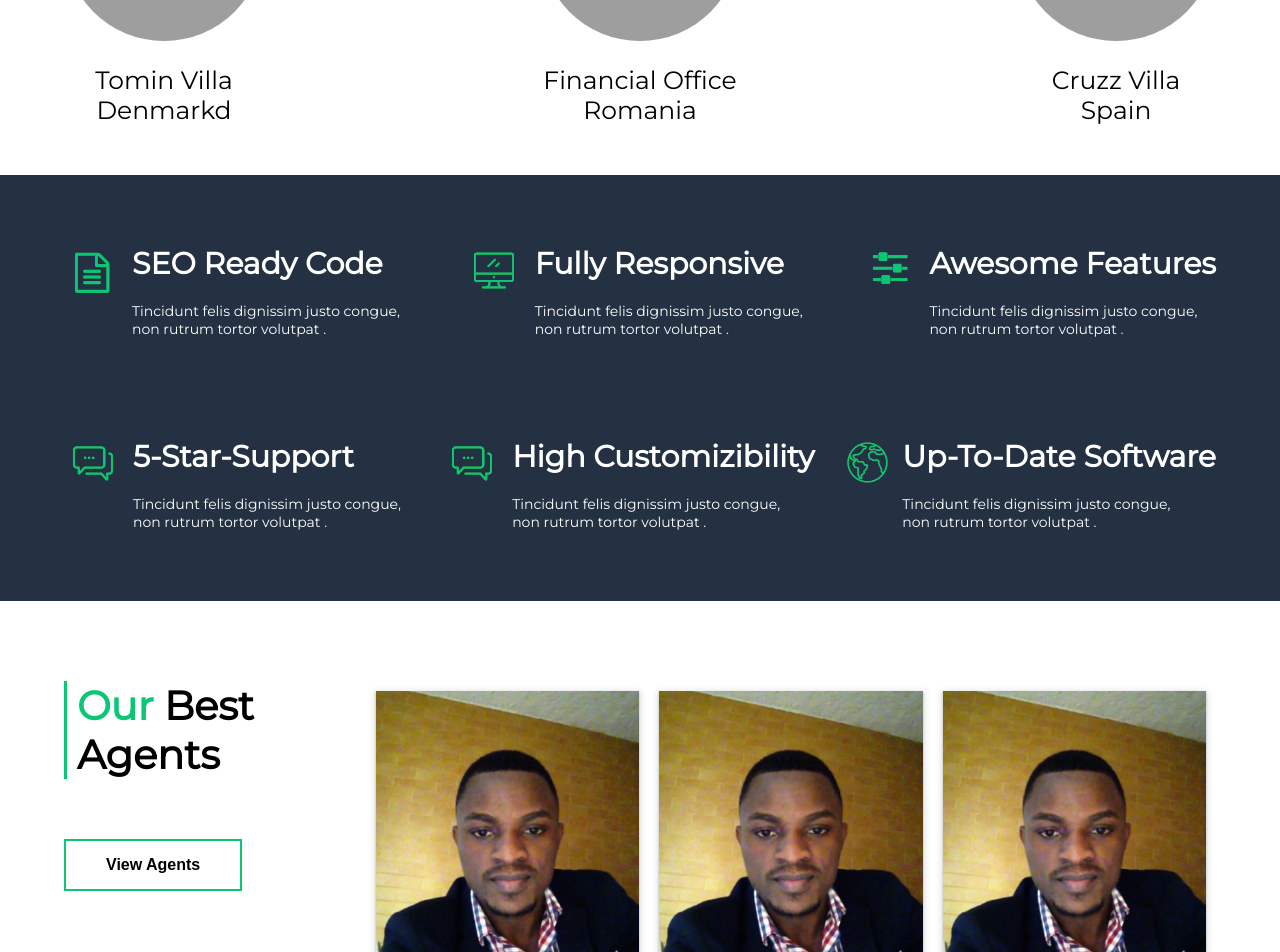
Repository: Yowani24/Real-Estate2
Page: index.html
The author's editor kept a copy of each file at every save. The page is drawn from the files as they stood at one save, then again after the next save.
The browser window is 1280 px wide. The pictures show the part of the page from y = 1200 to 2152 px (the page is 2458 px tall before and 2518 px after).
Pictures or frames that could not be fetched are drawn as grey boxes. Some web fonts or font styles are not loaded; a fallback is used.

Above is the page before, as saved 2021-08-27 15:37:53.

### index.html
<!DOCTYPE html>
<html lang="en">
<head>
    <meta charset="UTF-8">
    <meta http-equiv="X-UA-Compatible" content="IE=edge">
    <meta name="viewport" content="width=device-width, initial-scale=1.0">
    <title>Real State</title>
    <link rel="stylesheet" href="styles.css">

    <!-- ============FONT-FAMILY============== -->
    <link rel="preconnect" href="https://fonts.googleapis.com">
    <link rel="preconnect" href="https://fonts.gstatic.com" crossorigin>
    <link href="https://fonts.googleapis.com/css2?family=Montserrat&family=Rozha+One&display=swap" rel="stylesheet">

    <!-- ======================VUELS CDN=================== -->
    <script src="https://cdn.jsdelivr.net/npm/vue@2"></script>

</head>
<body>
    <Header>
        <div class="interface_wrapper header_wrapper">
            <div class="logo_box">
                <img src="/images/realLogo.png" alt="">
                <p><span>Real</span> Estate</p>
            </div>

            <div class="menu">
                <nav>
                    <ul>
                        <li><a href="#">Home</a></li>
                        <li><a href="#">About</a></li>
                        <li><a href="#">Agents</a></li>
                        <li><a href="#">Price</a></li>
                        <li><a href="#">Blog</a></li>
                    </ul>
                </nav>
            </div>
        </div>
    </Header>

    <section class="showcase_sec">
        <div class="interface_wrapper showcase">
            <p>Give Life For Your <br/>Dream <span>Home</span></p>
            <p>Always on the lookout for the hi-tech advancements.  Build not only a product that can sell well, but a platform through which to deliver it.</p>

            <div class="btns_box">
                <button>Read more</button>
                <button>Contact Us</button>
            </div>
        </div>
    </section>

    <section class="about_us_sec">
        <div class="interface_wrapper about_us">
            <p><span>About</span> Us</p>
            <p>A modern and unique style </p>

            <div id="app">
                <div v-for="item in items">
                    <img :src="item.ima" alt="">
                    <p>{{item.desc}}</p>
                </div>
            </div>
        </div>
    </section>

    <section class="services_sec">
        <div id="services" class="interface_wrapper services">
            <div class="services_box" v-for="item in items">
                <img :src="item.ima" alt="">
                <div>
                    <p>{{item.titulo}}</p>
                    <p>{{item.desc}}</p>
                </div>
            </div>
        </div>
    </section>

    <section class="best_agents_sec">
        <div class="interface_wrapper best_agents">
            <div id="bestAgents" class="bestAgents">
                <div>
                    <p><span>Our</span> Best Agents</p>
                    <button>View Agents</button>
                </div>
                <div class="agents_box" v-for="item in items">
                    <div class="agents_image_box">
                        <img :src="item.ima" alt="">
                    </div>
                    <p>{{item.name}}</p>
                    <p>{{item.office}}</p>
                    <div class="agents_social">
                        <img src="/images/facebook.png" alt="">
                        <img src="/images/twitter.png" alt="">
                        <img src="/images/email.png" alt="">
                        <img src="/images/linkedin.png" alt="">
                    </div>
                </div>
            </div>
        </div>
    </section>



    <script>
        var app = new Vue({
            el: '#app',
            data: {
                items: [
                    {ima:'https://images.unsplash.com/photo-1583231684537-bd79dc887244?ixlib=rb-1.2.1&ixid=MnwxMjA3fDB8MHxwaG90by1yZWxhdGVkfDZ8fHxlbnwwfHx8fA%3D%3D&auto=format&fit=crop&w=500&q=60', desc:'Tomin Villa Denmarkd'},
                    {ima:'https://images.unsplash.com/photo-1613490493576-7fde63acd811?ixlib=rb-1.2.1&ixid=MnwxMjA3fDB8MHxwaG90by1yZWxhdGVkfDV8fHxlbnwwfHx8fA%3D%3D&auto=format&fit=crop&w=500&q=60', desc:'Financial Office Romania'},
                    {ima:'https://images.unsplash.com/photo-1416331108676-a22ccb276e35?ixlib=rb-1.2.1&ixid=MnwxMjA3fDB8MHxwaG90by1yZWxhdGVkfDJ8fHxlbnwwfHx8fA%3D%3D&auto=format&fit=crop&w=500&q=60', desc:'Cruzz Villa Spain'},
                ]
            }
        });

        var app = new Vue({
            el: '#services',
            data: {
                items: [
                    {ima:'/images/SEO_Ready_Code.png', titulo:'SEO Ready Code', desc:'Tincidunt felis dignissim justo congue, non rutrum tortor volutpat .'},
                    {ima:'/images/Fully_Responsive.png', titulo:'Fully Responsive', desc:'Tincidunt felis dignissim justo congue, non rutrum tortor volutpat .'},
                    {ima:'/images/Awesome_Features.png', titulo:'Awesome Features', desc:'Tincidunt felis dignissim justo congue, non rutrum tortor volutpat .'},
                    {ima:'/images/5-Star-Support.png', titulo:'5-Star-Support', desc:'Tincidunt felis dignissim justo congue, non rutrum tortor volutpat .'},
                    {ima:'/images/5-Star-Support.png', titulo:'High Customizibility', desc:'Tincidunt felis dignissim justo congue, non rutrum tortor volutpat .'},
                    {ima:'/images/Up-To-Date Software.png', titulo:'Up-To-Date Software', desc:'Tincidunt felis dignissim justo congue, non rutrum tortor volutpat .'},

                ]
            }
        });

        var app = new Vue({
            el: '#bestAgents',
            data: {
                items: [
                    {ima:'/images//www.jpg', name:'João da Costa', office:'Front End Developer'},
                    {ima:'/images//www.jpg', name:'João da Costa', office:'Front End Developer'},
                    {ima:'/images//www.jpg', name:'João da Costa', office:'Front End Developer'},


                ]
            }
        });

    </script>
</body>
</html>

### styles.css
*{
    margin: 0;
}

body{
    padding: 0;
    top: 0;
    left: 0;
    font-family: 'Montserrat', sans-serif;
}
.interface_wrapper{
    width: 90%;
    margin: 0 auto;
}

/* ======================HEADER======================= */
Header{
    background: rgb(23,34,47);
    color: #FFFFFF;
    padding: 10px 0;

}
.header_wrapper{
    display: flex;
    justify-content: space-between;
    align-items:center;
}
.logo_box{
    display: flex;
    align-items: center;
}
.logo_box p{
    font-size: 40px;
    font-weight: 400;
    font-family: 'Rozha One', serif;

}
.logo_box span{
    color: rgb(10, 199, 117);
}
Header .menu nav ul{
    display: flex;
    padding: 0;
}
Header .menu nav li{
    list-style: none;
    margin: 0 20px;
}
Header .menu nav a{
    text-decoration: none;
    color: #FFFFFF;
    font-size: 19px;

}

/* ======================SHOWCASE_SECTION======================= */
.showcase_sec{
    padding-top: 150px;
    padding-bottom: 100px;
    background-image: url('https://images.unsplash.com/photo-1544890603-cf0ce2d65561?ixlib=rb-1.2.1&ixid=MnwxMjA3fDB8MHxwaG90by1wYWdlfHx8fGVufDB8fHx8&auto=format&fit=crop&w=750&q=80');
    background-repeat: no-repeat;
    background-position: center;
    background-size: cover;
}
.showcase p:nth-child(1) {
    font-size: 85px;
    font-family: 'Rozha One', serif;
    width: 800px;
    border-left: 3px solid rgb(10, 199, 117);
    padding-left: 10px;
    line-height: 1;
    margin: 0 auto;
    color: #FFFFFF;

}
.showcase p:nth-child(1) span {
    color: rgb(10, 199, 117);
}

.showcase p:nth-child(2) {
    font-size: 16px;
    color: rgb(255, 255, 255);
    width: 650px;
    line-height: 2;
    margin-top: 75px;
}

.btns_box{
    margin-top: 40px;
}
.btns_box button {
    border: 2px solid rgb(10, 199, 117);
    padding: 0 45px;
    height: 55px;
    font-size: 16px;
    border-radius: 50px;
    font-weight: 500;
    color: #FFFFFF;
    line-height: 19px;
    cursor: pointer;
}

.btns_box button:nth-child(1) {
    background: rgb(10, 199, 117);
}
.showcase button:nth-child(2) {
    color:#FFFFFF;
    margin-left: 10px;
    background: none;
}


/* ======================ABOUT US======================= */
.about_us_sec{
    padding-bottom: 50px;
}
.about_us {
    display: flex;
    flex-direction: column;
}
.about_us p:nth-child(1) {
    font-size: 40px;
    border-left: 3px solid rgb(10, 199, 117);
    padding-left: 10px;
    margin: 0 auto;
    margin-top: 100px;
    margin-bottom: 10px;

}
.about_us p:nth-child(1) span {
    color: rgb(10, 199, 117);
}

.about_us p:nth-child(2) {
    font-size: 22px;
    font-style: italic;
    text-align: center;
    margin-bottom: 100px;
}

#app{
    display: flex;
    align-items: center;
    justify-content: space-between;
    width: 100%;
}
#app img{
    width: 200px;
    height: 200px;
    border-radius:100%;
}
#app p{
    text-align: center;
    font-size: 25px;
    width: 200px;
    margin: 0 auto;
    margin-top: 20px;
    font-style: normal;
}


/* ======================SERVICES======================= */

.services_sec{
    background: rgb(35, 49, 66);
    color: rgb(255, 255, 255);
    padding: 20px 0;

}
.services{
    display: flex;
    flex-wrap: wrap;
    justify-content: space-between;
}
.services_box{
    display: flex;
    margin: 50px 0;
    align-items: flex-start;
}
.services_box img{
    margin-right: 10px;
}
.services_box p:nth-child(1){
    font-size: 30px;
    font-weight: bold;
}
.services_box p:nth-child(2){
    font-size: 14px;
    width: 280px;
    margin-top: 20px;
}



/* ======================OUR BEST AGENTS======================= */

.best_agents_sec {
    padding: 80px 0;
}
.bestAgents{
    display: flex;
}
.bestAgents p:nth-child(1){
    font-size: 40px;
    border-left: 3px solid rgb(10, 199, 117);
    font-weight: bold;
    padding-left: 10px;
}
.bestAgents p:nth-child(1) span{
    font-size: 40px;
    color: rgb(10, 199, 117);
}
.bestAgents button{
    font-size: 16px;
    font-weight: bolder;
    padding: 15px 40px;
    border: 2px solid rgb(10, 199, 117);
    background: none;
    margin-top: 60px;
    cursor: pointer;
}

.agents_box{
    width: 300px;
    box-shadow: rgba(60, 64, 67, 0.3) 0px 1px 2px 0px,
    rgba(60, 64, 67, 0.15) 0px 2px 6px 2px;
    margin: 10px;
    text-align: center;
}
.agents_box p:nth-child(2){
    font-size: 30px;
    font-weight: 500;
    margin: 10px 0;
}
.agents_box p:nth-child(3){
    font-size: 15px;
    font-weight: 500;
    color: rgb(10, 199, 117);
}
.agents_image_box{
    width: 100%;
}
.agents_image_box img{
    width: 100%;
}
.agents_social{
    text-align: center;
    padding: 10px 0;
}
.agents_social img{
    margin: 0 10px;
    cursor: pointer;
}

After the next save:
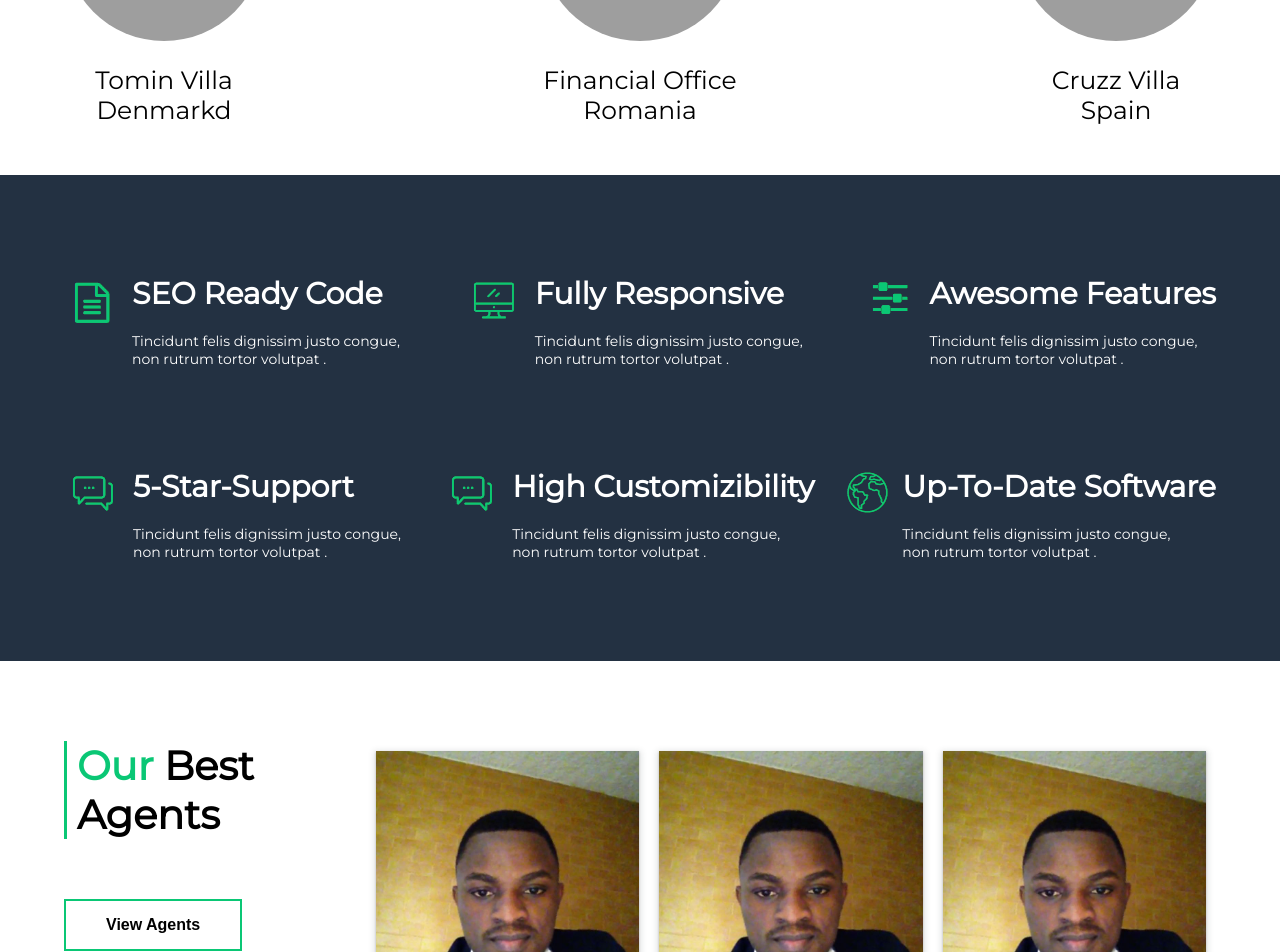
Saved 5 s later.
--- a/styles.css
+++ b/styles.css
@@ -164,7 +164,7 @@ Header .menu nav a{
 .services_sec{
     background: rgb(35, 49, 66);
     color: rgb(255, 255, 255);
-    padding: 20px 0;
+    padding: 50px 0;
 
 }
 .services{
